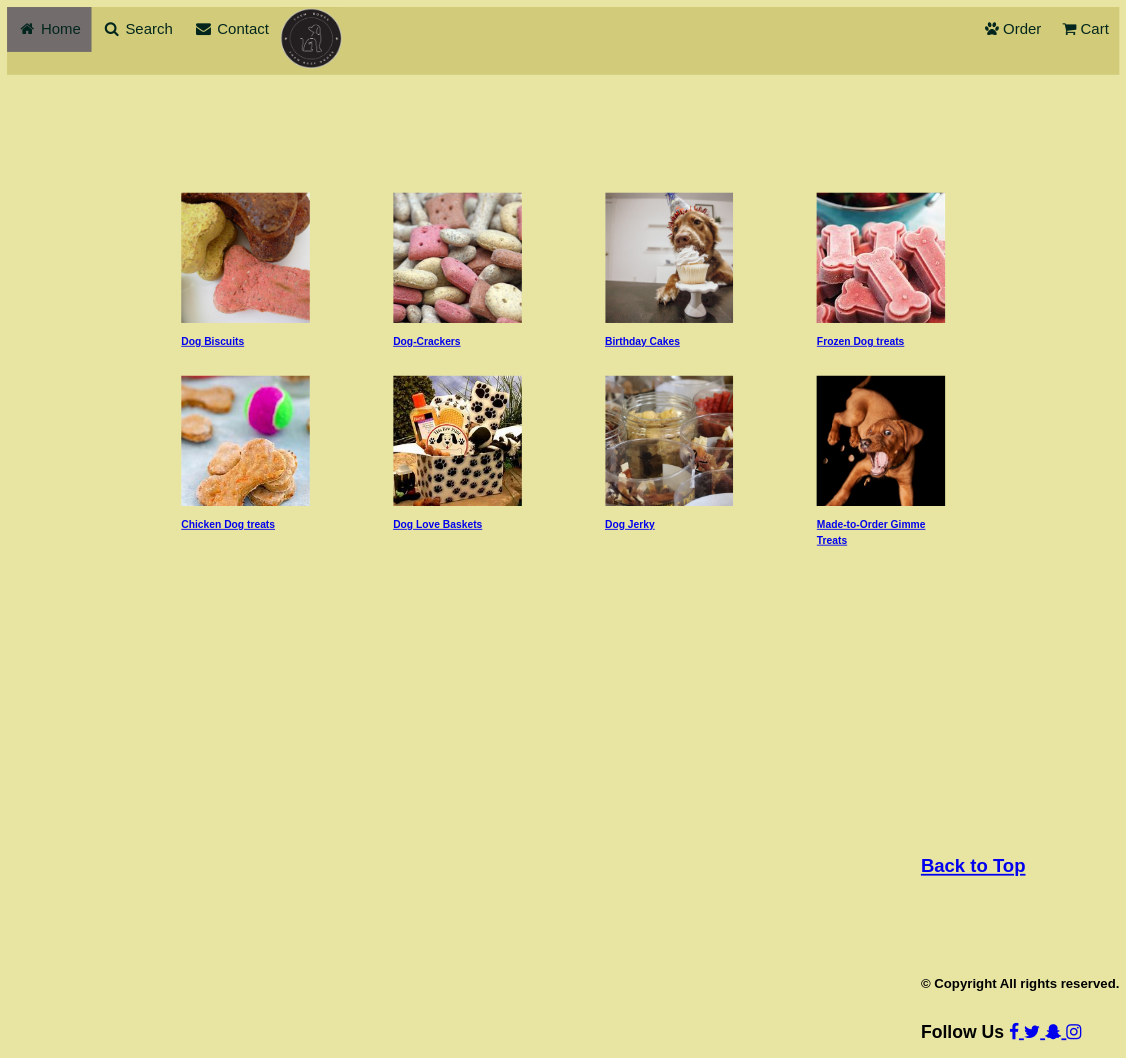
Repository: vgoins-RA2022/HTML-1
Page: index.html
The author's editor kept a copy of each file at every save. The page is drawn from the files as they stood at one save, then again after the next save.
The browser window is 1280 px wide. The pictures show the whole page, at 88% of full size.

Above is the page before, as saved 2023-01-21 18:16:54.

After the next save:
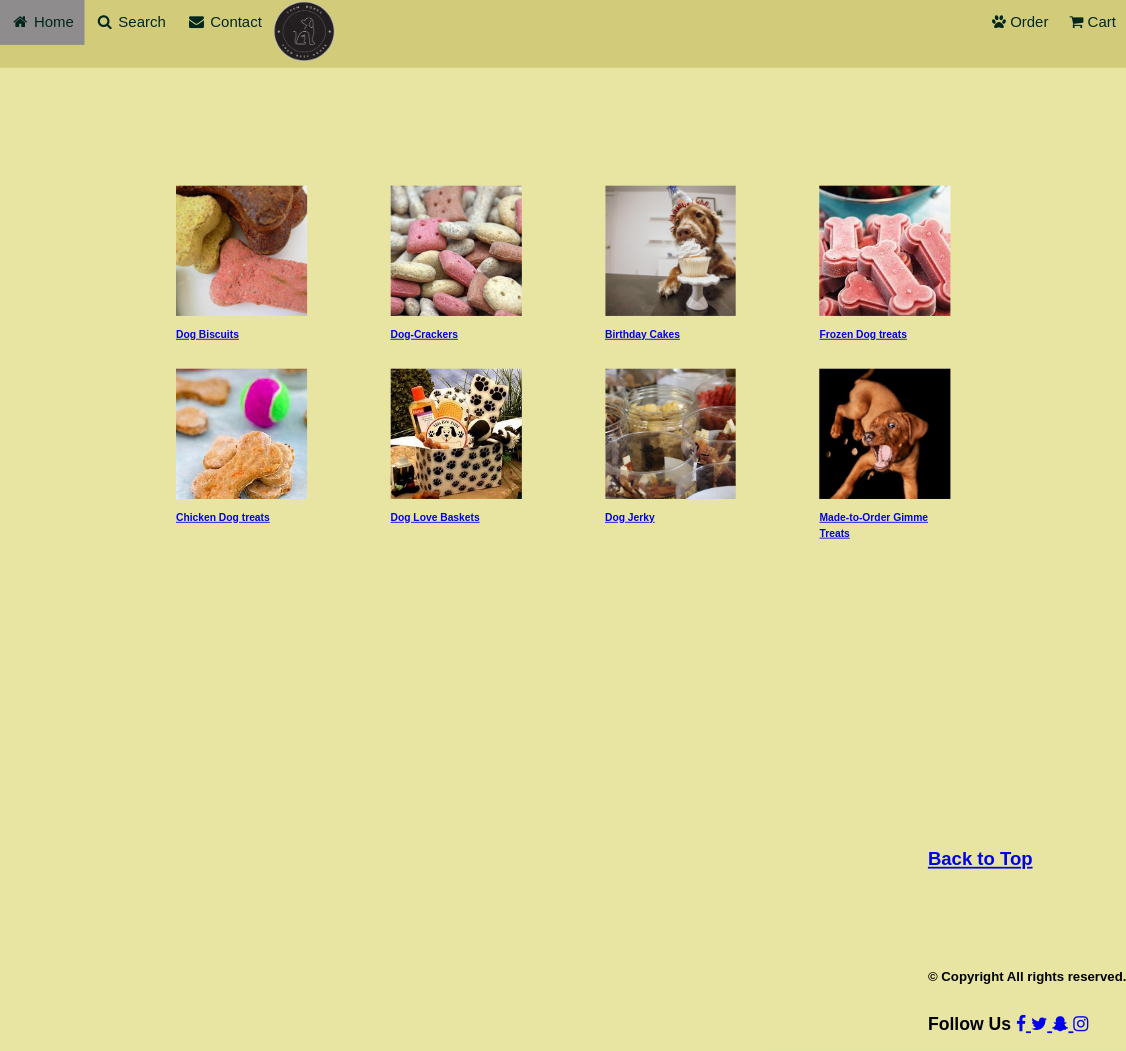
Saved 5 s later.
--- a/src/css/Style.css
+++ b/src/css/Style.css
@@ -1,4 +1,4 @@
-style the body background and font
+/* style the body background and font */
 body { margin: 0;
       font-family: Arial, Helvetica, sans-serif;
        background-color: rgba(216, 212, 98, 0.585);
